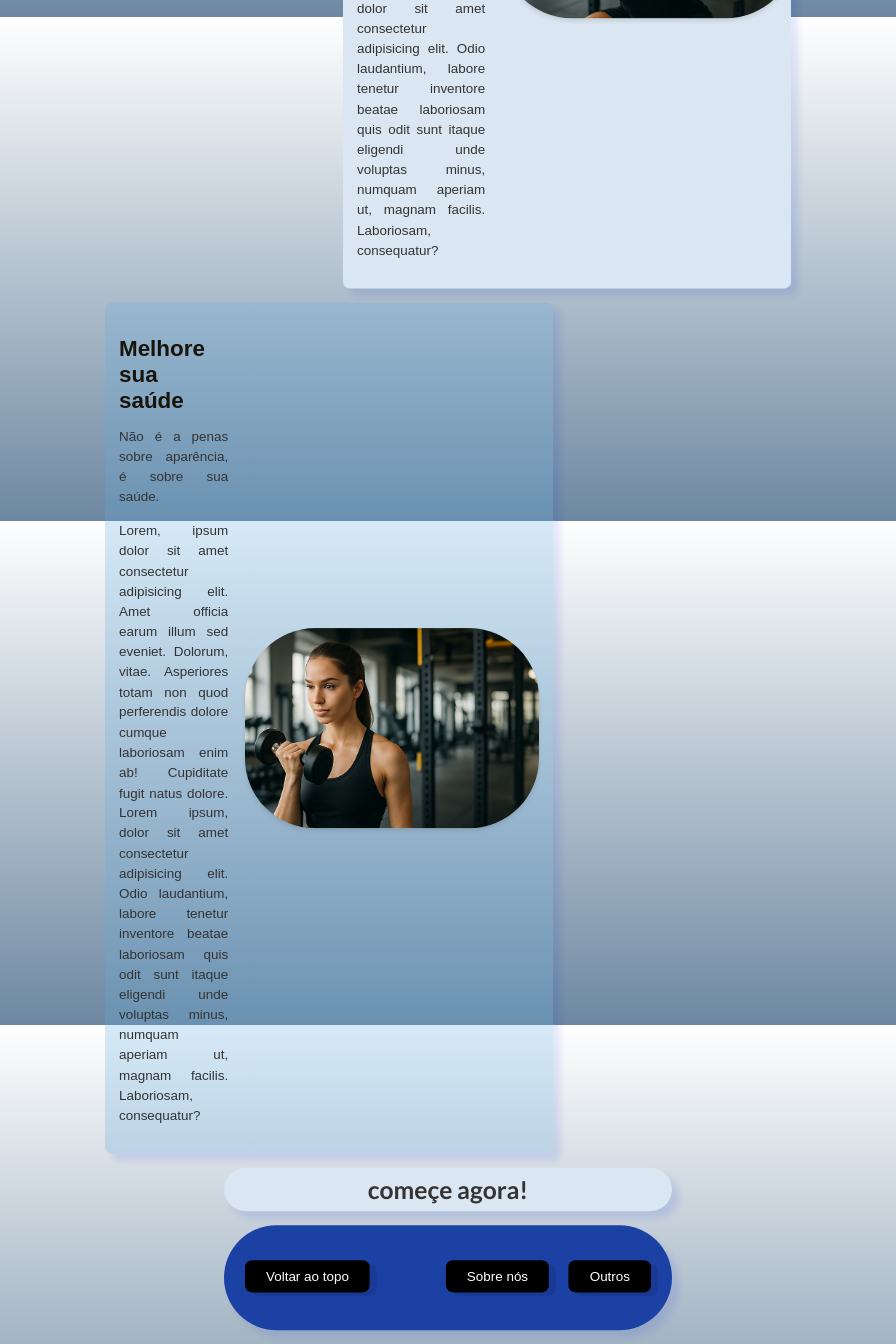
Repository: LuidyOn/Site_Forca_Total
Page: ForçaTotal/index.html
These files come from the project's save history. The page is drawn as it stood at one moment and after the next save; the edit follows.
The browser window is 1280 px wide. The pictures show the part of the page from y = 2136 to 4056 px (the page is 4056 px tall), at 70% of full size.
Backgrounds fixed to the window are drawn as part of the page.

Above is the page before, as saved 2025-05-22 20:34:13.
Not found: ForçaTotal/js/script.js

### ForçaTotal/index.html
<!DOCTYPE html>
<html lang="pt-br">

<head>
    <meta charset="UTF-8">
    <meta name="viewport" content="width=device-width, initial-scale=1.0">
    <title>Força Total</title>
    <link rel="stylesheet" href="css/style.css">
    <link rel="shortcut icon" href="img/icons/logo.ico" type="image/x-icon">
</head>

<body>
    <header style="display: flex; align-items: center; justify-content: center; gap: 16px; padding: 8px 0; position: fixed; top: 0; left: 0; width: 100%; background: #1c41a5; z-index: 1000; box-shadow: 0 2px 8px rgba(0,0,0,0.05);">
        <img src="img/logo.jpg" alt="Imagem logo" style="height: 50px; width: auto;">
        <div style="text-align: left;">
            <h1 style="margin: 0; font-size: 1.5em;">Força Total</h1>
            <p style="margin: 0; color: rgb(207, 207, 207); font-size: 0.95em;">Parece uma Moça? Totalize sua Força!</p>
        </div>
    </header>
    <div style="height: 74px;"></div>

<img src="img/bannerpeso.png" alt="mulher com peso" style="width: 100%; height: auto; margin-top: 10px;">

    <section class="variacao" style="display: flex; align-items: center; justify-content: space-between; margin-left: 150px;">
        <div style="flex: 1;">
            <h2>Escolha seu exercício</h2>
            <p>Não é apenas sobre aparência, é sobre sua saúde.</p>
            <p>Lorem, ipsum dolor sit amet consectetur adipisicing elit. Amet officia earum illum sed eveniet. Dolorum, vitae. Asperiores totam non quod perferendis dolore cumque laboriosam enim ab! Cupiditate fugit natus dolore. Lorem ipsum, dolor sit amet consectetur adipisicing elit. Odio laudantium, labore tenetur inventore beatae laboriosam quis odit sunt itaque eligendi unde voluptas minus, numquam aperiam ut, magnam facilis. Laboriosam, consequatur?</p>
        </div>
        <img src="img/prancha.png" alt="Exercício" style="width: 420px; height: auto; border-radius: 100px; margin-left: 24px;">
    </section>
    <section style="background-color: #dae6f1; padding: 20px; text-align: justify; margin-right: 150px; display: flex; align-items: center; justify-content: space-between;">
        <div style="flex: 1;">
            <h2>Acompanhe sua evolução</h2>
            <p>Não é apenas sobre aparência, é sobre sua saúde.</p>
            <p>Lorem, ipsum dolor sit amet consectetur adipisicing elit. Amet officia earum illum sed eveniet. Dolorum, vitae. Asperiores totam non quod perferendis dolore cumque laboriosam enim ab! Cupiditate fugit natus dolore. Lorem ipsum, dolor sit amet consectetur adipisicing elit. Odio laudantium, labore tenetur inventore beatae laboriosam quis odit sunt itaque eligendi unde voluptas minus, numquam aperiam ut, magnam facilis. Laboriosam, consequatur?</p>
        </div>
        <img src="img/agachamento.png" alt="Exercício" style="width: 420px; height: auto; border-radius: 100px; margin-left: 24px;">
    </section>

    <section class="variacao" style=" padding: 20px; text-align: justify; margin-left: 150px; display: flex; align-items: center; justify-content: space-between;">
        <div style="flex: 1;">
            <h2>Melhore sua saúde</h2>
            <p>Não é a penas sobre aparência, é sobre sua saúde.</p>
            <p>Lorem, ipsum dolor sit amet consectetur adipisicing elit. Amet officia earum illum sed eveniet. Dolorum, vitae. Asperiores totam non quod perferendis dolore cumque laboriosam enim ab! Cupiditate fugit natus dolore. Lorem ipsum, dolor sit amet consectetur adipisicing elit. Odio laudantium, labore tenetur inventore beatae laboriosam quis odit sunt itaque eligendi unde voluptas minus, numquam aperiam ut, magnam facilis. Laboriosam, consequatur?</p>
        </div>
        <img src="img/peso.png" alt="Exercício" style="width: 420px; height: auto; border-radius: 100px; margin-left: 24px;">
    </section>

    <a href="paginas/sobrenos.html" style="text-decoration: none; color: inherit; font-family: 'Lato', Arial, sans-serif;">
        <section class="clicavel-section" style="font-family: 'Lato', Arial, sans-serif; font-size: 2.2em; padding: 10px 0;">
            <h1 style="text-align: center; font-family: 'Lato', Arial, sans-serif; font-size: 1em; margin: 0; ">começe agora!</h1>
        </section>
    </a>
    <!-- Adicione no <head> para garantir a fonte Lato -->
    <link href="https://fonts.googleapis.com/css?family=Lato:400,700&display=swap" rel="stylesheet">

    <section style=" background-color: #1c41a5; padding: 10px; text-align: justify; height: 150px; padding: 1px 20px;  border-radius: 1000px;">
  <h3 style="text-align: left;">
    <span>
    <a href="index.html"><button id="botao">Voltar ao topo</button></a>
    </span>
    <span style="float: right;">
      <a href="paginas/sobrenos.html"><button>Sobre nós</button></a>
      <a href="paginas/outros.html"><button>Outros</button></a>
    </span>
  </h3>

  </section>

    <script src="js/script.js"></script>
</body>
</html>

### ForçaTotal/css/style.css
/* Resetando algumas margens e paddings padrão */
@charset "UTF-8";

* {
  margin: 100;
  padding: 0;
  box-sizing: border-box;

}

body {
  font-family: 'Arial', sans-serif;
  text-align: left;
  background-image: linear-gradient(to bottom, #ffffff, #6d88a1);
  background-attachment: fixed;
  margin: 0;
  padding: 0;
  color: #333;
  width: 100vw;
  min-height: 100vh;
}

header {
  display: flex;
  align-items: center;
  justify-content: center;
  gap: 16px;
  position: fixed;
  top: -20px;
  left: 0;
  width: 100%;
  background: #10315e;
  z-index: 1000;
  box-shadow: 0 2px 8px rgba(0,0,0,0.05);
  background-color: #0a2a83;
  color: white;
  text-align: center;
  padding: 20px;
  font-size: 1.2rem;
}

header img {
  width: 150px;
  margin-bottom: 20px;
  border-radius: 50%;
}

h1 {
  font-size: 2.5rem;
  margin-bottom: 10px;
  font-weight: bold;
}

h2 {
  font-size: 2rem;
  margin-bottom: 10px;
  font-weight: bold;
}

h3 {
  font-size: 1.8rem;
  margin-bottom: 10px;
  font-weight: 300;
  text-align: center;
}

h4 {
  font-size: 1.5rem;
  margin-bottom: 10px;
  font-weight: 300;
  margin-left: 10px;
}

h5 {
  font-size: 1.3rem;
  margin-bottom: 10px;
  font-weight: 300;
  margin-left: 20px;
}

ul {
  padding: 0;
  margin-left: 100px;
}
ol {
  list-style-type: decimal;
  margin: 0;
}

p {
  font-size: 1.2rem;
  font-weight: 300;
}

section {
  padding: 40px 20px;
  background-color: #dae6f1;
  margin: 20px 0;
  border-radius: 10px;
  box-shadow: 10px 10px 10px rgba(0, 42, 228, 0.1);
  width: 50%;
  margin-left: auto;
  margin-right: auto;
  display: block;
  align-items: center;
  justify-content: space-between;
}

.variacao {
  background-color: rgba(99, 173, 219, 0.262);
}

.clicavel {
  cursor: pointer;
  transition: background-color 0.3s ease;
}
.clicavel-section {
  border-radius: 1000px;
  cursor: pointer;
  transition: transform 0.2s, box-shadow 0.2s;
}
.clicavel-section:hover {
  transform: scale(1.03);
  box-shadow: 0 4px 16px rgba(28, 65, 165, 0.15);
}

section h2 {
  font-size: 2rem;
  margin-bottom: 10px;
  color: rgb(24, 20, 11);
}

section p {
  font-size: 1.2rem;
  line-height: 1.5;
  margin-bottom: 20px;
}

section img {
  width: 25%;
  max-width: 600px;
  border-radius: 10px;
  box-shadow: 0px 4px 6px rgba(0, 0, 0, 0.1);
  margin-left: px;
}

button {
  padding: 12px 30px;
  font-size: 1.2rem;
  background-color: #000000;
  color: white;
  border: none;
  border-radius: 10px;
  cursor: pointer;
  transition: background-color 0.3s ease, transform 0.2s ease;
  margin-top: 20px;
  margin-left: 10px;
  margin-right: 10px;
  box-shadow: 10px 5px 1px rgba(0, 0, 0, 0.1);

}

button:hover {
  background-color: #325f90;
  transform: translateY(-2px);
}

button:active {
  transform: translateY(0);
}

footer {
  background-color: #222;
  color: white;
  padding: 20px;
  font-size: 1rem;
  text-align: center;
  margin-top: 40px;
  left: 0;
  bottom: 0;
  width: 100vw;
  z-index: 100;
}

footer p {
  font-weight: 300;
  margin-left: -1000px;

}

@media screen and (max-width: 768px) {
  header h1 {
      font-size: 2rem;
  }

  section h2 {
      font-size: 1.8rem;
  }

  button {
      padding: 10px 25px;
  }
}

After the next save:
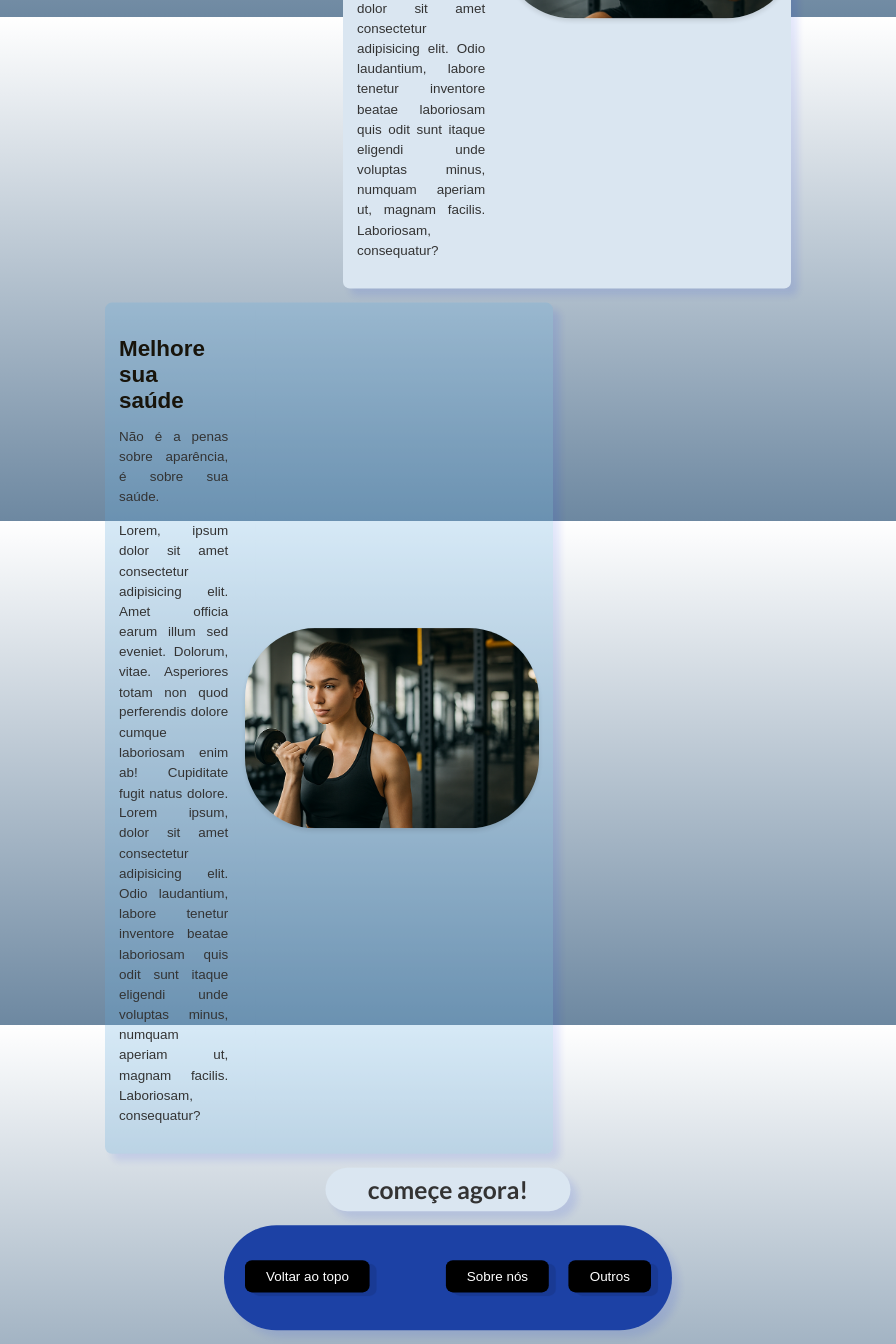
Saved 18 s later.
--- a/ForçaTotal/index.html
+++ b/ForçaTotal/index.html
@@ -48,8 +48,8 @@
     </section>
 
     <a href="paginas/sobrenos.html" style="text-decoration: none; color: inherit; font-family: 'Lato', Arial, sans-serif;">
-        <section class="clicavel-section" style="font-family: 'Lato', Arial, sans-serif; font-size: 2.2em; padding: 10px 0;">
-            <h1 style="text-align: center; font-family: 'Lato', Arial, sans-serif; font-size: 1em; margin: 0; ">começe agora!</h1>
+        <section class="clicavel-section" style="font-family: 'Lato', Arial, sans-serif; font-size: 2.2em; padding: 10px 0; max-width: 350px; margin: 0 auto;">
+            <h1 style="text-align: center; font-family: 'Lato', Arial, sans-serif; font-size: 1em; margin: 0;">começe agora!</h1>
         </section>
     </a>
     <!-- Adicione no <head> para garantir a fonte Lato -->
